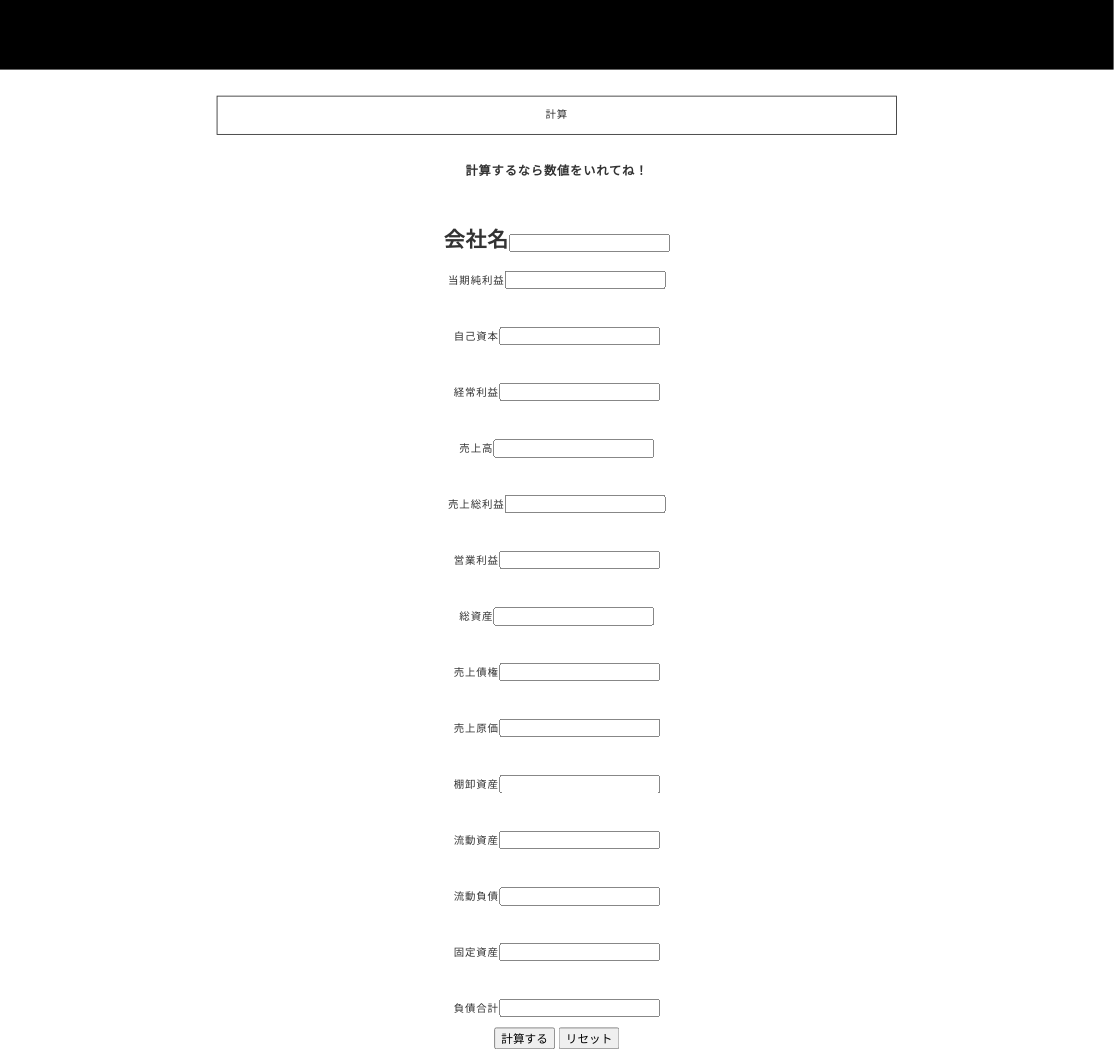
Repository: HattoriKotaro19920408/Keisanchan
Page: http://localhost/Keisanchan/
An editor plug-in stored every save of this project. The page is shown before and after the next save, followed by the edit.
The browser window is 1280 px wide. The pictures show the whole page, at 87% of full size.
The page is served by Tomcat 9. Other server files are loaded and not shown.

Above is the page before, as saved 2018-08-20 05:38:21.

### Keisanchan/WebContent/keisan.jsp
<%@ page language="java" contentType="text/html; charset=UTF-8"
    pageEncoding="UTF-8"%>
<%@ taglib prefix="s" uri="/struts-tags" %>
<!DOCTYPE html>
<html>
<head>
<meta charset="utf-8" />
<meta http-equiv="Content-Style-Type" content="text/css" />
<meta http-equiv="Content-Script-Type" content="text/javascript" />
<meta http-equiv="imagetoolbar" content="no" />
<meta name="description" content="" />
<meta name="keywords" content="" />

<title>計算画面</title>
<style type="text/css">
 body{
      margin:0;
      padding:0;
      line-height:1.6;
      letter-spacing:1px;
      font-family:Verdana, Helvetica, sans-serif;
      font-size:12px;
      color:#333;
      background:#fff;
   }
   table{
     text-align:center;
     margin:o auto;
   }

   #top{
     width:780px;
     margin:30px auto;
     border:1px solid #333;
   }
   #header{
     width:100%;
     height:80px;
     background-color:black;
   }
   #main{
     width:100%;
     height:500px;
     text-align:center;
   }
   #footer{
     width:100%;
     height:80px;
     background-color:black;
     clear:both;
   }
   #text-center{
      display:inline-block;
      text-align:center;
   }

</style>
</head>
<body>
<div id="header">
        <div id="pr">
        </div>
</div>
<div id = "main">
       <div id="top">
          <p>計算</p>
       </div>
       <div>
        <h3>計算するなら数値をいれてね！</h3>

       <br/>

 <s:form action="KeisanAction">
 <h1>会社名<input type="value" name="company_name" value=""></h1>
<p>当期純利益<input type="number" name="toki" value=""><p/>
<br><p>自己資本<input type="number" name="zikoshi" value=""></p>
<br><p>経常利益<input type="number" name="keijo" value=""></p>
<br><p>売上高<input type="number" name="uriage" value=""></p>
<br><p>売上総利益<input type="number" name="uriage_sori" value=""></p>
<br><p>営業利益<input type="number" name="eigyo" value=""></p>
<br><p>総資産<input type="number" name="total_assets" value=""></p>
<br><p>売上債権<input type="number" name="uriage_saiken" value=""></p>
<br><p>売上原価<input type="number" name="uriage_genka" value=""></p>
<br><p>棚卸資産<input type="number" name="tana" value=""></p>
<br><p>流動資産<input type="number" name="ryudo_assets" value=""></p>
<br><p>流動負債<input type="number" name="ryudo_fusai" value=""></p>
<br><p>固定資産<input type="number" name="kotei_assets" value=""></p>
<br><p>負債合計<input type="number" name="total_fusai" value=""></p>

<p><input type="submit" value="計算する"> <input type="reset" value="リセット"></p>
</s:form>


       <div id="text-link">

       </div>
       </div>
   </div>
</body>
</html>

After the next save:
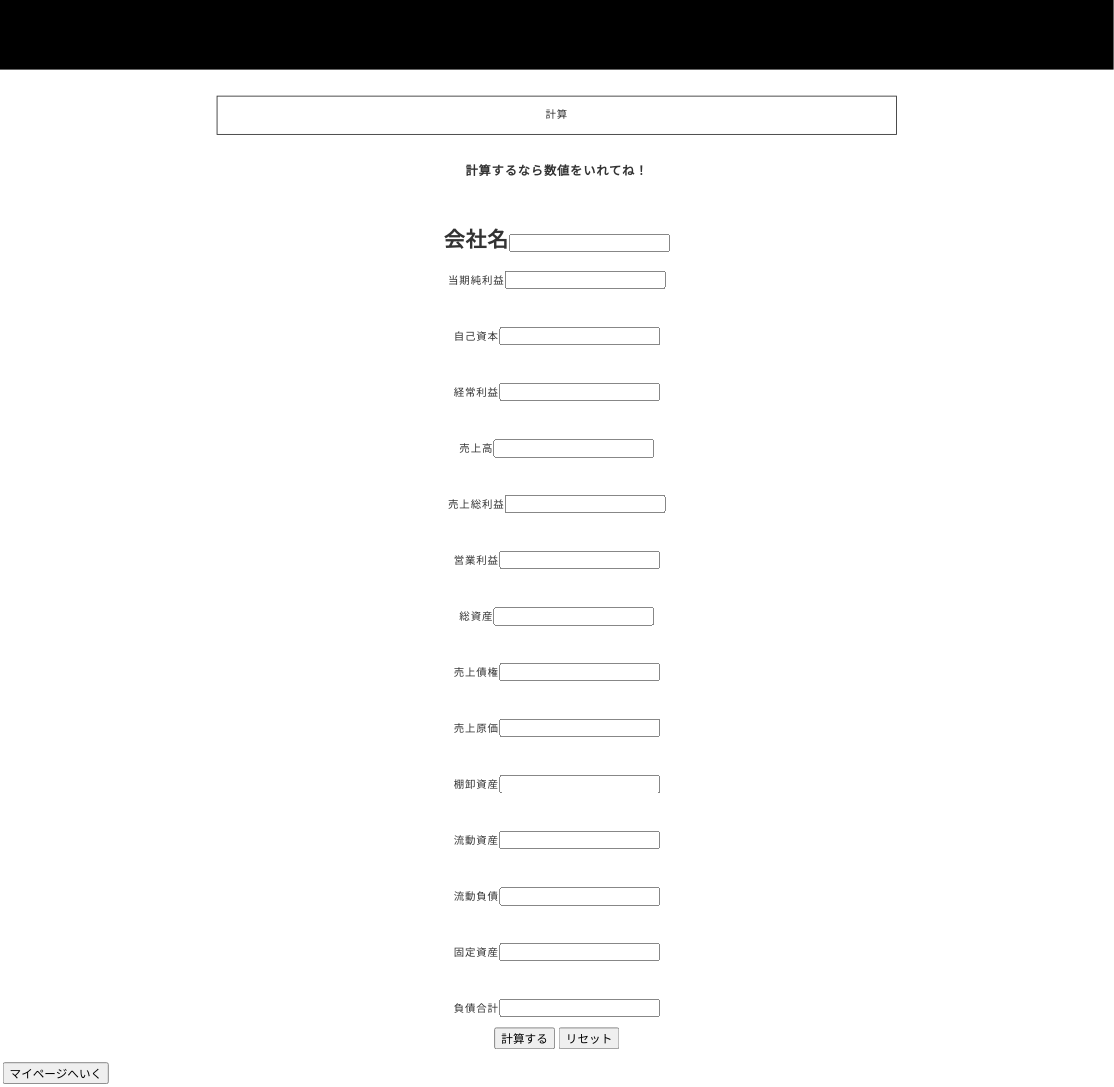
Saved 3 min 1 s later.
--- a/Keisanchan/WebContent/keisan.jsp
+++ b/Keisanchan/WebContent/keisan.jsp
@@ -91,6 +91,11 @@
 </s:form>
 
 
+<s:form action="MyPageAction">
+<s:submit value="マイページへいく"/>
+</s:form>
+
+
        <div id="text-link">
 
        </div>
